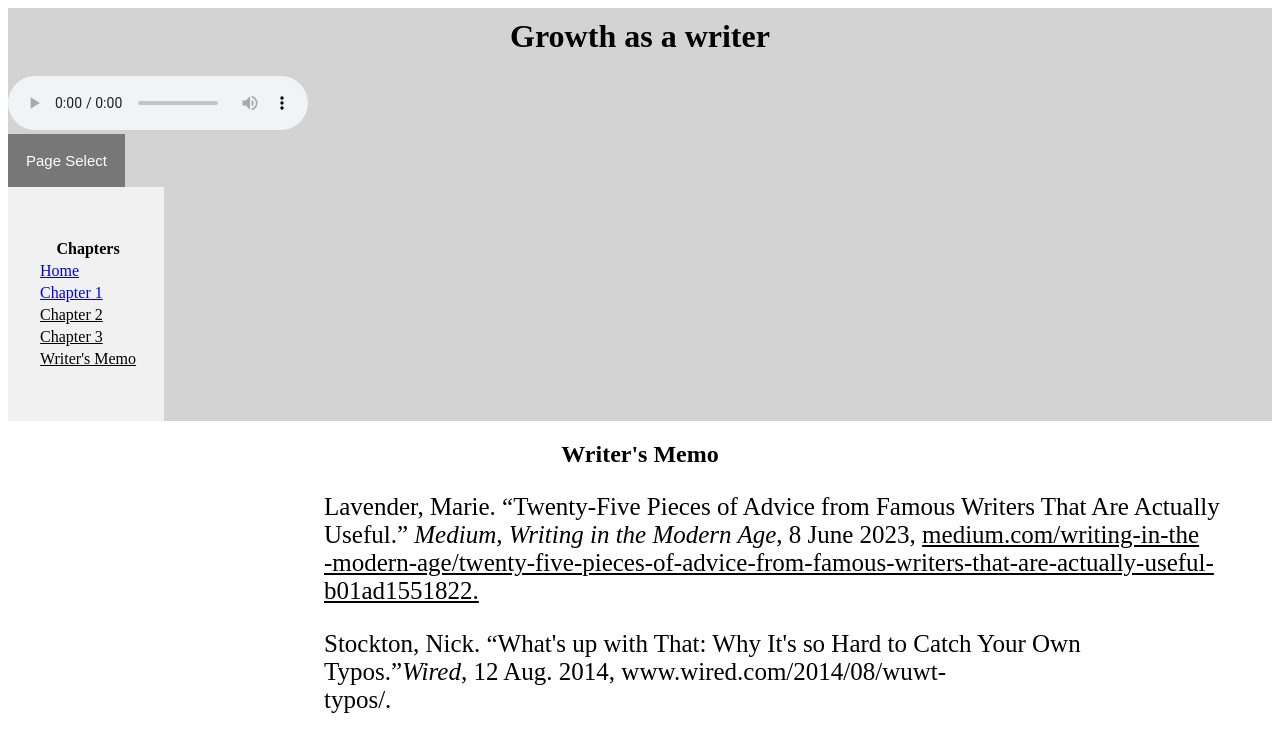
Repository: jpaisiem/WP-4
Page: WorksCited.html
The author's editor kept a copy of each file at every save. The page is drawn from the files as they stood at one save, then again after the next save.
The browser window is 1280 px wide. The pictures show the whole page.

Above is the page before, as saved 2025-05-01 12:14:10.
Console error: TypeError: Cannot read properties of undefined (reading 'toggle')

After the next save:
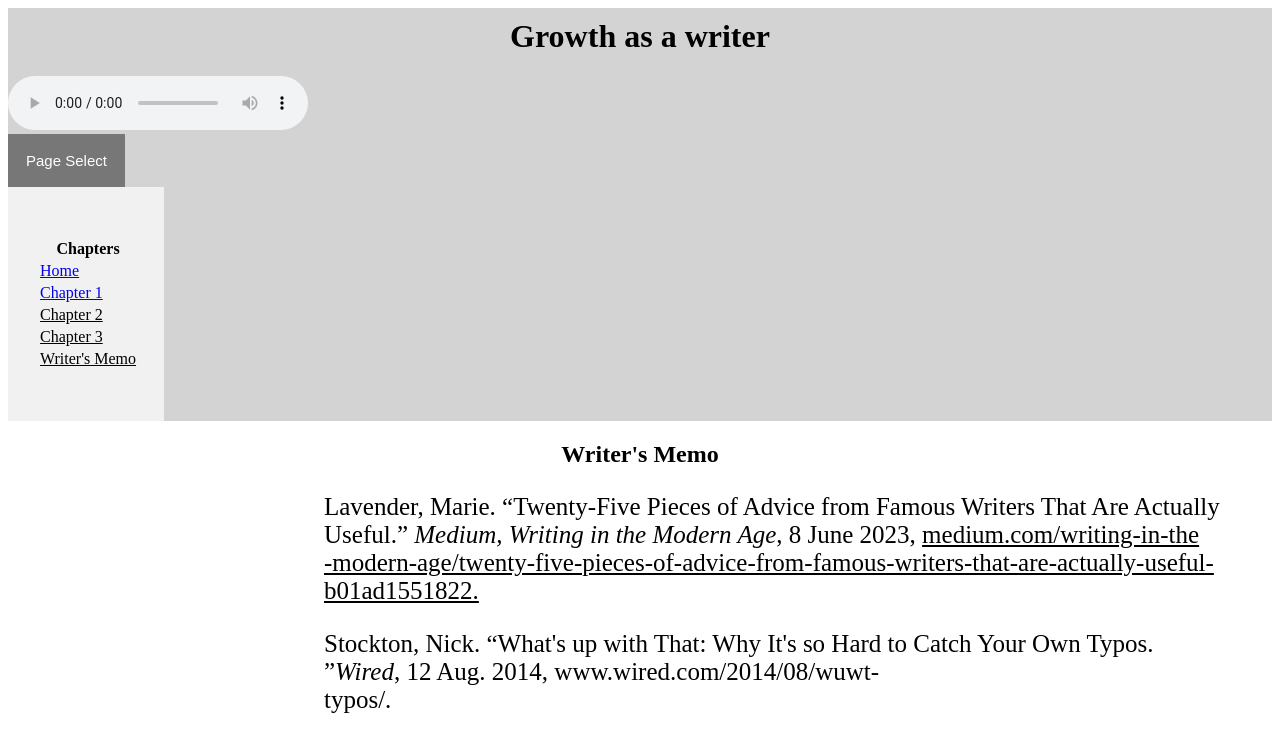
Saved 17 s later.
--- a/WorksCited.html
+++ b/WorksCited.html
@@ -86,8 +86,8 @@ li
     b01ad1551822.</u><br>
 </p>
 <p>
-     Stockton, Nick. <q>What&apos;s up with That: Why It&apos;s so Hard to Catch Your Own <br>
-     Typos.</q><i>Wired</i>, 12 Aug. 2014, www.wired.com/2014/08/wuwt-<br>
+     Stockton, Nick. <q>What&apos;s up with That: Why It&apos;s so Hard to Catch Your Own
+     Typos.<br></q><i>Wired</i>, 12 Aug. 2014, www.wired.com/2014/08/wuwt-<br>
      typos/.<br>
 </p>
 </div>
